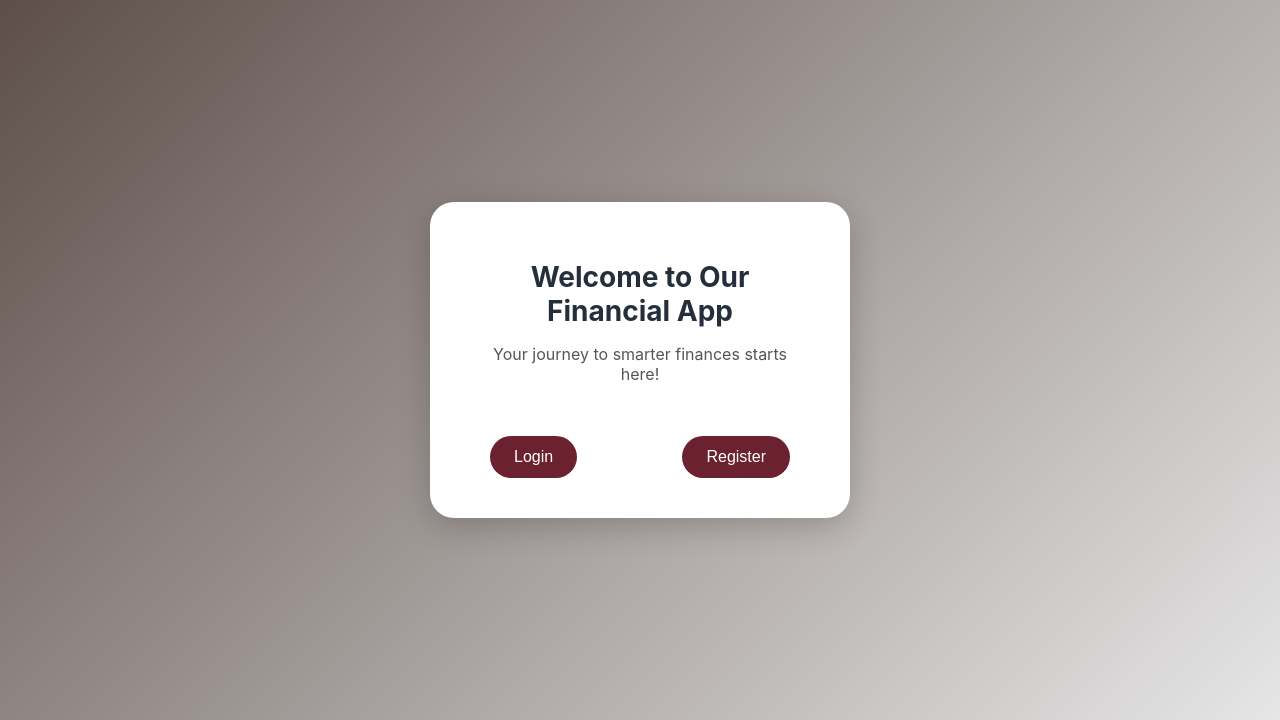
Repository: aab232/https---github.com-aab232-Deferred-Payment-Platform
Page: / (app in frontend/)
The author's editor kept a copy of each file at every save. The page is drawn from the files as they stood at one save, then again after the next save.
The browser window is 1280 px wide. The pictures show the whole page.
The project was rebuilt for these pictures with package versions that can differ from the ones it lists, and the page was loaded fresh each time. Also part of the build but not shown: frontend/src/components/Register.js, frontend/src/components/Login.js.

Above is the page before, as saved 2025-03-18 19:31:59.

### frontend/src/App.js
import React from 'react';
import { BrowserRouter as Router, Routes, Route } from 'react-router-dom';
import Home from './components/Home';
import Register from './components/Register';
import Login from './components/Login';

const App = () => {
  return (
    <Router>
      <Routes>
        <Route path="/" element={<Home />} />
        <Route path="/login" element={<Login />} />
        <Route path="/register" element={<Register />} />
      </Routes>
    </Router>
  );
};

export default App;

### frontend/src/components/Home.js
import React from 'react';
import { useNavigate } from 'react-router-dom';
import './Home.css';

const Home = () => {
  const navigate = useNavigate();

  return (
    <div className="container">
      <div className="card">
        <h1>Welcome to Our Financial App</h1>
        <p>Your journey to smarter finances starts here!</p>
        <div className="button-group">
          <button onClick={() => navigate('/login')} className="btn">Login</button>
          <button onClick={() => navigate('/register')} className="btn">Register</button>
        </div>
      </div>
    </div>
  );
};

export default Home;

### frontend/src/components/Home.css
/* Centering and styling for Home page */
.container {
    display: flex;
    justify-content: center;
    align-items: center;
    height: 100vh; /* Full viewport height */
    background: linear-gradient(135deg, #252f3b, #252d3b); /* Elegant gradient */
  }

  .card {
    text-align: center;
    background: #fff;
    padding: 40px 60px;
    border-radius: 24px;
    box-shadow: 0 8px 32px rgba(0, 0, 0, 0.2);
    max-width: 300px;
    width: 100%;
  }

  h1 {
    margin-bottom: 16px;
    font-size: 28px;
    color: #252f3b;
  }

  p {
    margin-bottom: 32px;
    font-size: 16px;
    color: #555;
  }

  .button-group {
    display: flex;
    justify-content: space-between;
  }

  .btn {
    padding: 12px 24px;
    font-size: 16px;
    border: none;
    border-radius: 30px; /* Rounded buttons */
    cursor: pointer;
    transition: background 0.3s ease;
    color: white;
    background: #252f3b;
  }

  .btn:hover {
    background: #252f3b; /* Button hover effect */
  }

### frontend/src/components/Form.css
/* Form Styling for Login & Register */
.container {
    display: flex;
    justify-content: center;
    align-items: center;
    height: 100vh;
    background: linear-gradient(135deg, #5D4E49, #E6E6E6);
  }

  .form-card {
    background: white;
    padding: 40px 60px;
    border-radius: 24px;
    box-shadow: 0 8px 32px rgba(0, 0, 0, 0.2);
    max-width: 400px;
    width: 100%;
    text-align: center;
  }

  h2 {
    color: #252f3b;
  }

  input {
    display: block;
    width: 100%;
    margin: 10px 0;
    padding: 12px;
    border: 1px solid #ddd;
    border-radius: 30px;
  }

  .btn {
    padding: 12px 24px;
    margin-top: 20px;
    border-radius: 30px;
    border: none;
    color: white;
    background: #6b212e;
    cursor: pointer;
  }

  .btn:hover {
    background: #a41b34;
  }

  .link {
    color: #44576D;
    cursor: pointer;
  }

Loaded but not shown: frontend/public/index.html (common file); frontend/src/index.js (common file); frontend/src/index.css (common file)

After the next save:
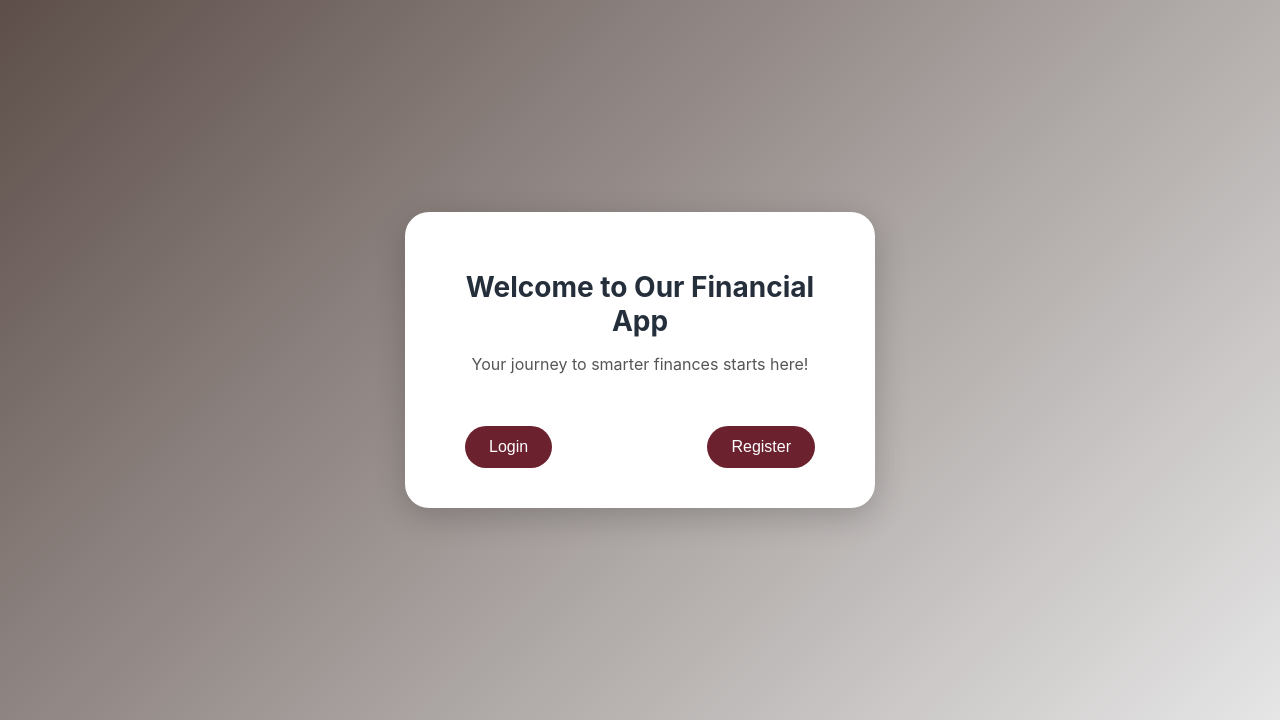
Saved 26 s later.
--- a/frontend/src/components/Home.css
+++ b/frontend/src/components/Home.css
@@ -13,7 +13,7 @@
     padding: 40px 60px;
     border-radius: 24px;
     box-shadow: 0 8px 32px rgba(0, 0, 0, 0.2);
-    max-width: 300px;
+    max-width: 350px;
     width: 100%;
   }
 
